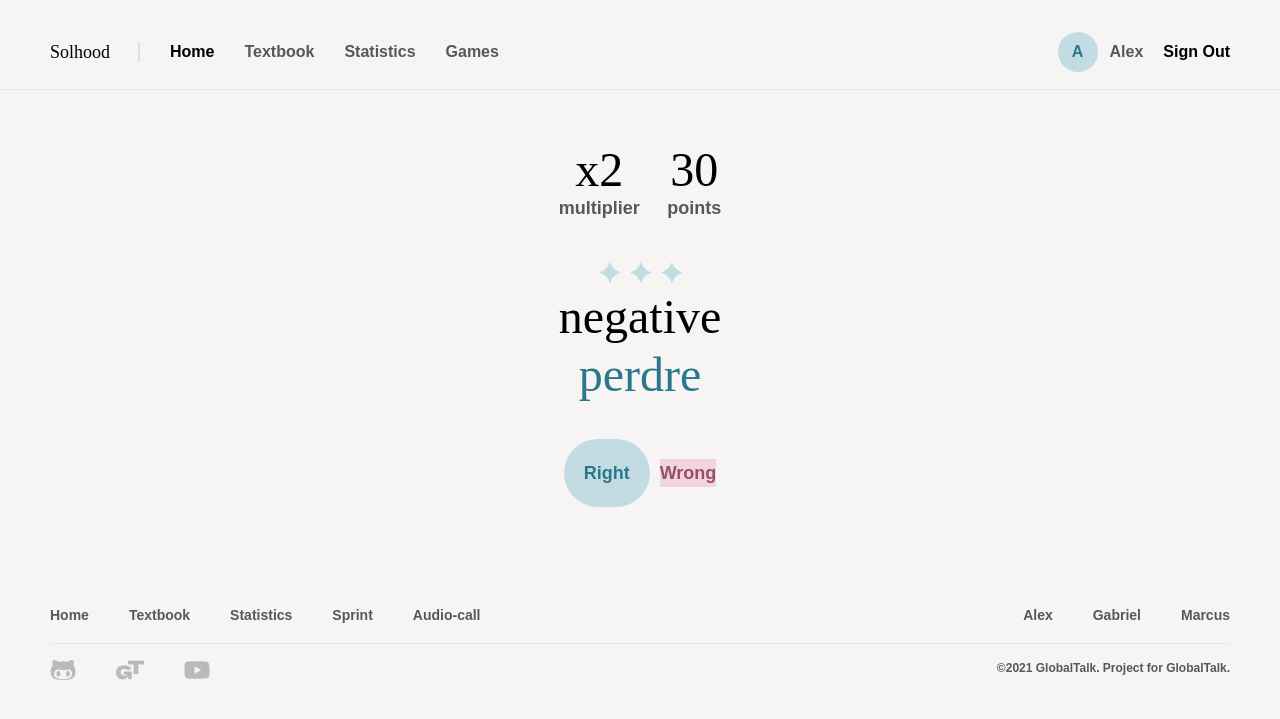
Repository: haudnn/solhood
Page: /game
The author's editor kept a copy of each file at every save. The page is drawn from the files as they stood at one save, then again after the next save.
The browser window is 1280 px wide. The pictures show the whole page.
The project was rebuilt for these pictures with package versions that can differ from the ones it lists, and the page was loaded fresh each time. Also part of the build but not shown: src/pages/Home.tsx, src/pages/Sprint.tsx.

Above is the page before, as saved 2023-01-03 16:36:34.

After the next save:
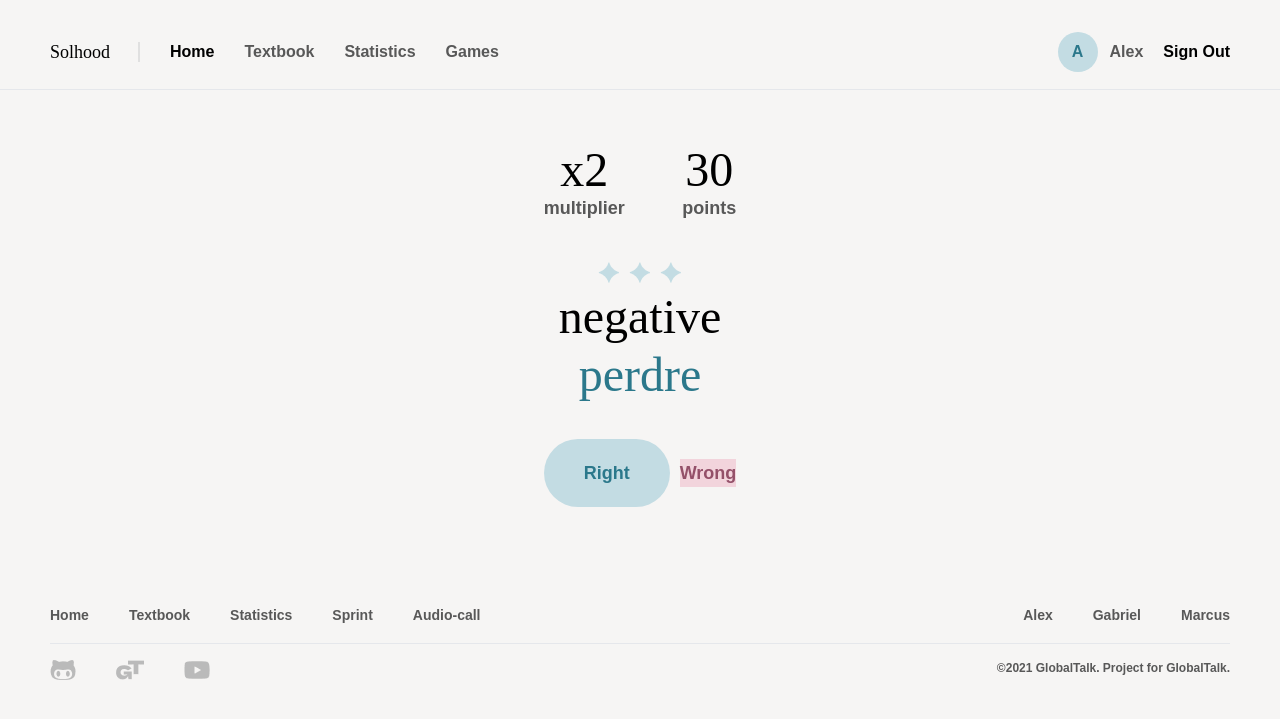
Saved 10 s later.
--- a/src/pages/Game.tsx
+++ b/src/pages/Game.tsx
@@ -33,7 +33,7 @@ const Game = () => {
                     </div>
                 </div>
                 <div className='flex items-center justify-center gap-x-[10px]'>
-                    <button className='flex items-center justify-center p-5 rounded-full bg-cyanlight'>
+                    <button className='flex items-center justify-center px-10 py-5 rounded-full bg-cyanlight'>
                         <span className='text-lg font-bold text-cyandark'>Right</span>
                     </button>
                     <button className='flex items-center justify-center bg-pinklight'>
